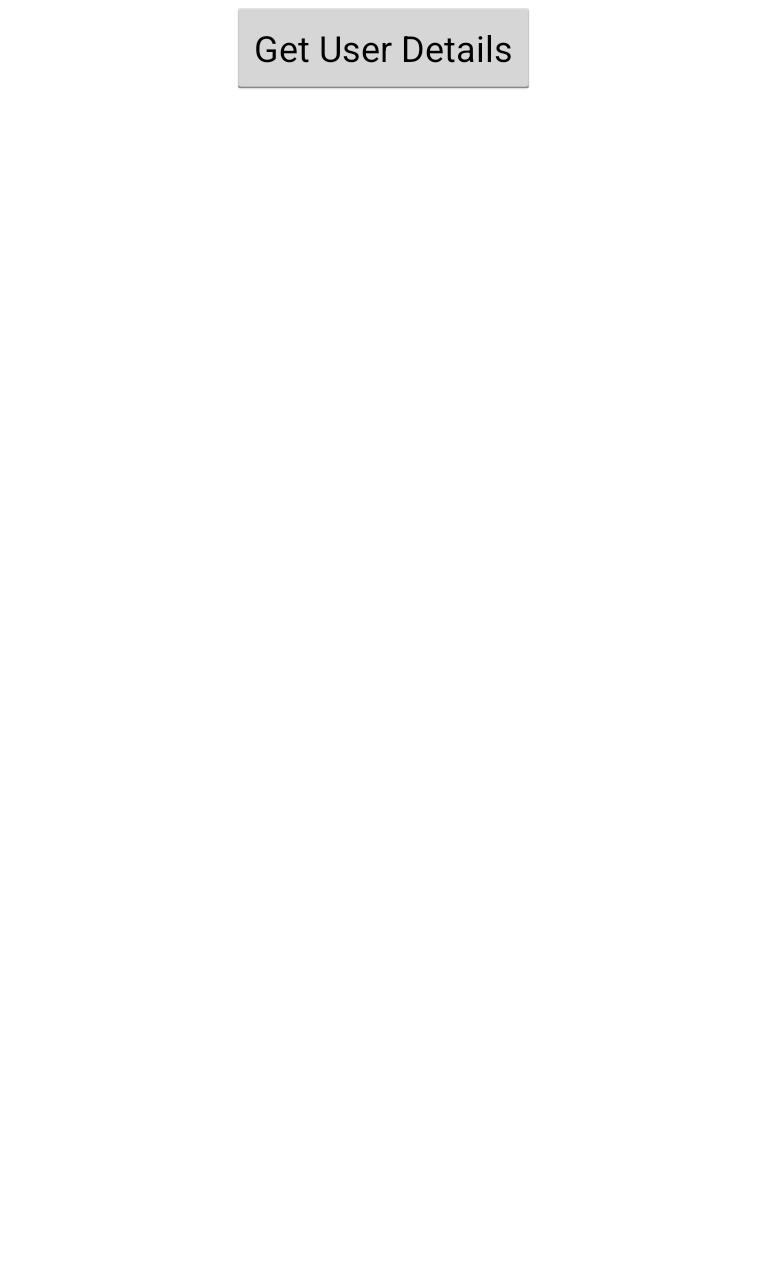
Repository: LakshmiKalyani93/AndroidTraining
Layout: UserInfo/res/layout/info.xml
The author's editor kept a copy of each file at every save. The layout is drawn from the files as they stood at one save, then again after the next save.
It is drawn on a 768 x 1280 px phone screen (xhdpi) without system bars, with theme AppTheme; the app's code is not run.

Above is the layout before, as saved 2014-09-09 07:01:28.

### UserInfo/res/layout/info.xml
<?xml version="1.0" encoding="utf-8"?>
<LinearLayout xmlns:android="http://schemas.android.com/apk/res/android"
    android:layout_width="match_parent"
    android:layout_height="match_parent"
    android:orientation="vertical" >

    <Button
        android:id="@+id/user_btn"
        android:layout_width="wrap_content"
        android:layout_height="wrap_content"
        android:layout_gravity="center"
        android:text="@string/user" />

</LinearLayout>

### UserInfo/res/values/strings.xml
<resources>

    <string name="app_name">UserInfo</string>
    <string name="user">Get User Details</string>


</resources>

Loaded but not shown: UserInfo/res/values/styles.xml (common file); UserInfo/res/values-v11/styles.xml (common file); UserInfo/res/values-v14/styles.xml (common file)

After the next save:
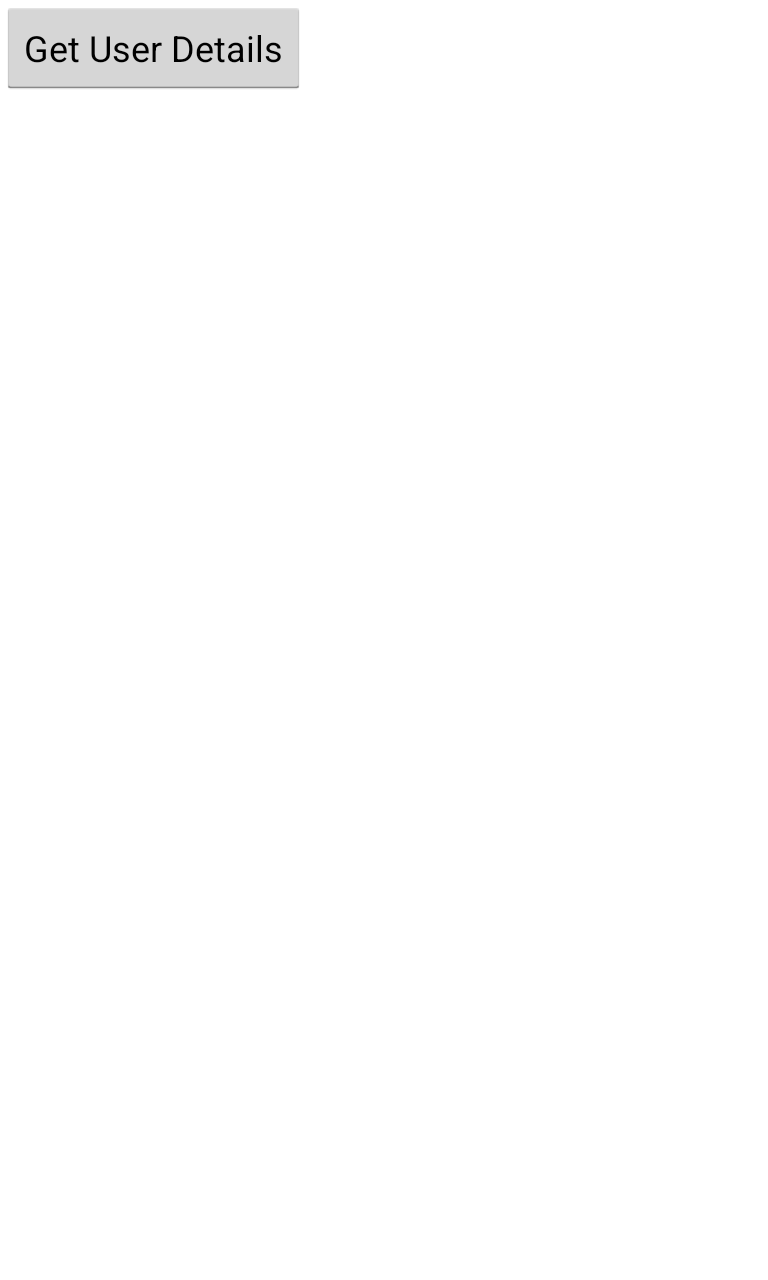
Saved 18 s later.
--- a/UserInfo/res/layout/info.xml
+++ b/UserInfo/res/layout/info.xml
@@ -8,7 +8,7 @@
         android:id="@+id/user_btn"
         android:layout_width="wrap_content"
         android:layout_height="wrap_content"
-        android:layout_gravity="center"
+        android:gravity="center"
         android:text="@string/user" />
 
 </LinearLayout>
